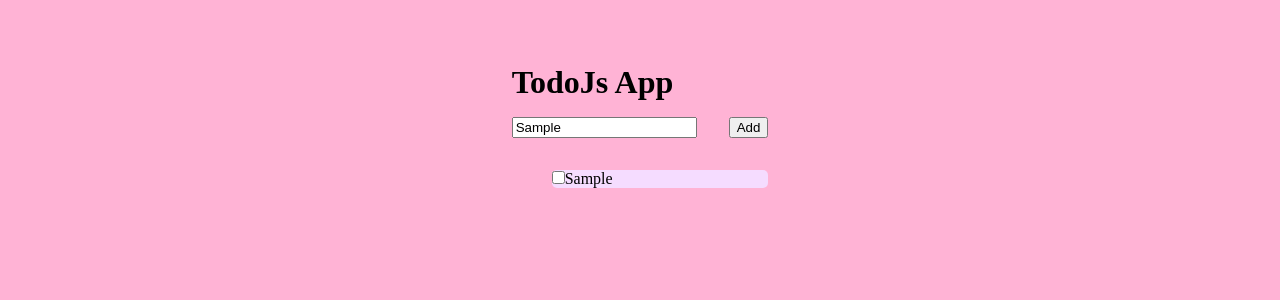
Repository: AlexandraYuhno/todo
Page: index.html
These files come from the project's save history. The page is drawn as it stood at one moment and after the next save; the edit follows.
The browser window is 1280 px wide. The pictures show the whole page.
Empty fields were first filled with sample values (such as "Sample", 5 or name@example.com).
After loading, the first visible `#btnAdd` was clicked once.

Above is the page before, as saved 2024-06-26 09:21:10.

After the next save:
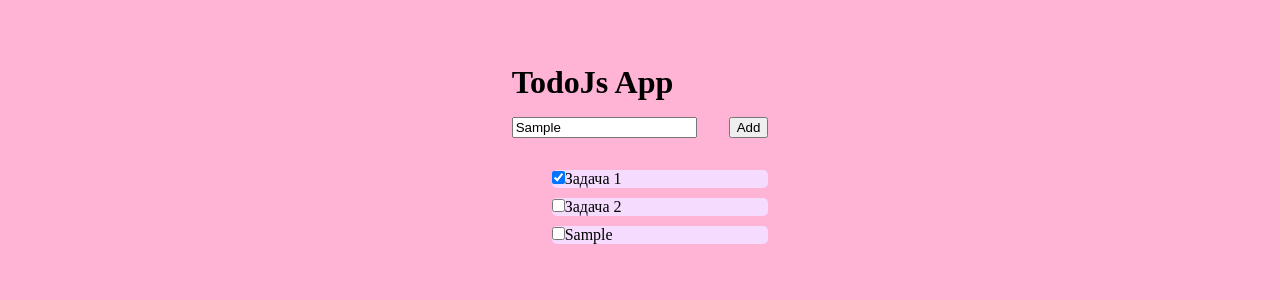
Saved 20 s later.
--- a/script.js
+++ b/script.js
@@ -3,51 +3,106 @@ const btnAdd = document.getElementById('btnAdd'); //add button
 const taskList = document.getElementById('taskList'); //task list ul
 
 
-let todoList = [];
+// Displaying the added task in the task list
+
+let todoList = [{id: Date.now(),
+    text: "Задача 1",
+    isCompleted:true,
+    },
+    {id: Date.now() + 3,
+    text: "Задача 2",
+    isCompleted:false,
+    }
+ ]  ;
 
 
-// Displaying the added task in the task list
+// Drawing a new task in the task list
 
-function taskRender(){
+let taskRender = () =>{
 
     let taskHTML =""
-    todoList.forEach(function(item){
-      taskHTML += ` <li class="todo__task" >
-                        <label class="todo__checkbox"  checked = ${item.isCompleted}>
-                             <input type="checkbox" data-id="${item.id}" >
-                        </label>
-                        <div class="todo__task-title"> ${item.text}</div>
-                     </li>`   ;
+    todoList.forEach((item) => {
+        taskHTML +=`<li class="todo__task" data-id="${item.id}">
+            <label class="todo__checkbox">
+                <input data-active="checkbox" type="checkbox" class="checkbox"
+                ${item.isCompleted ? "checked" : ""} >
+            </label >
+            <input value="${item.text}" type="text" class='editText' hidden>
+            <div class="todo__task-title">${item.text}</div>
+         </li>`;
+
         taskList.innerHTML = taskHTML;
-    }
-)
+    })
 }
 
-//Track click button 'Add'
-btnAdd.addEventListener("click", function addTask(){
+// Add task  /*  <input type="text" ${item.text}>
 
+let addTask= () => {
     let newTodo = {
+        id: Date.now(),
         text: newInput.value,
-        isCompleted:false,
-        id:Date.now()
+        isCompleted: false,
         };
     todoList.push(newTodo);
     taskRender()
-});
-
-taskList.addEventListener("click", function checkDone(event){
-    const element = event.target;
-    const checkedId = element.getAttribute('data-id');
-    const activeTask = todoList.find((item) => item.id === checkedId);
+}
 
 
+// Сhanging the state of the task
 
-   /* const state = element.getAttribute('data-checked');
-    if(state){
-        state.checked
-    } else { ""
-        };*/
-    console.log(activeTask)
-    console.log(checkedId)
-   taskRender()
-})
+/*let checkDone = (event) => {
+    const element = event.target.closest('.todo__task');
+    const activeTaskId = element.getAttribute('data-id');
+    const checkedId = Number(activeTaskId);
+    const taskClick = todoList.find((item) => item.id == checkedId);
+    taskClick.isCompleted = !taskClick.isCompleted;
+
+    /*const activeCheckbox = checkboxClick.getAttribute('data-active');
+    const checkboxClick = element.querySelector('.todo__checkbox .checkbox');
+    if(activeCheckbox == "checkbox"){
+
+    }
+    taskRender()
+}*/
+
+// Saving with enter and blur, undoing changes with escape
+//Editing a task
+
+let editTask = (event) => {
+    const element = event.target.closest('.todo__task');
+    const inputSave = element.querySelector('.editText');
+    const taskTitle = element.querySelector('.todo__task-title');
+    inputSave.hidden = false;
+    taskTitle.hidden = true;
+
+   inputSave.addEventListener('keydown', function pressKey(event){
+        if( event.code == 'Enter'  ) {
+            const editTask = element.getAttribute('data-id');
+            const editId = Number(editTask);
+            const editText = todoList.find((item) => item.id == editId);
+            let editInput = element.querySelector('.editText').value;
+            editText.text = editInput;
+            inputSave.removeEventListener('keydown', pressKey);
+            taskRender()
+        } else if (event.keyCode == 27){
+                inputSave.hidden = true;
+                taskTitle.hidden = false;
+                inputSave.removeEventListener('keydown', pressKey);
+                taskRender()
+        }
+    })
+
+    inputSave.addEventListener('blur', function blurOn(){
+        const editTask = element.getAttribute('data-id');
+            const editId = Number(editTask);
+            const editText = todoList.find((item) => item.id == editId);
+            let editInput = element.querySelector('.editText').value;
+            editText.text = editInput;
+        inputSave.removeEventListener('keydown', blurOn);
+        taskRender()
+   })
+}
+
+taskList.addEventListener("dblclick", editTask);
+btnAdd.addEventListener("click", addTask);
+/*taskList.addEventListener("click", checkDone);*/
